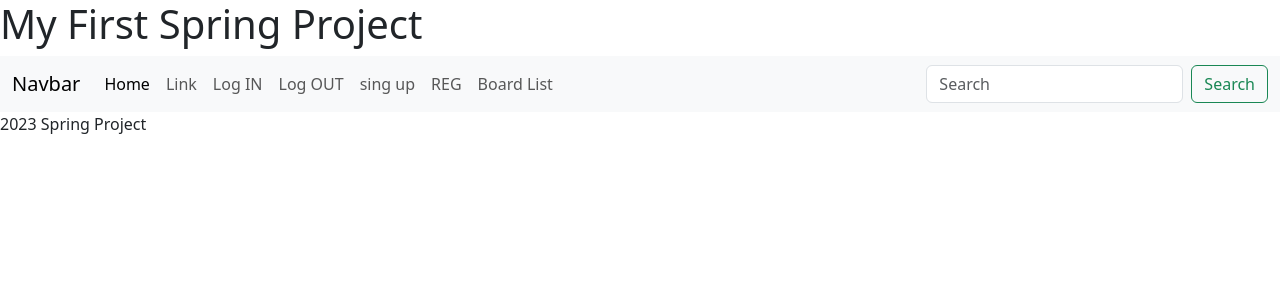
Repository: gatsby5959/_springTest
Page: http://localhost/spring-Test/WEB-INF/views/board/list.jsp
An editor plug-in stored every save of this project. The page is shown before and after the next save, followed by the edit.
The browser window is 1280 px wide. The pictures show the whole page.
The page is served by Tomcat 9. Nobody is signed in. The template is opened directly, without the code that normally fills it, so the values that code supplies are empty.

Above is the page before, as saved 2023-10-05 08:47:25.

After the next save:
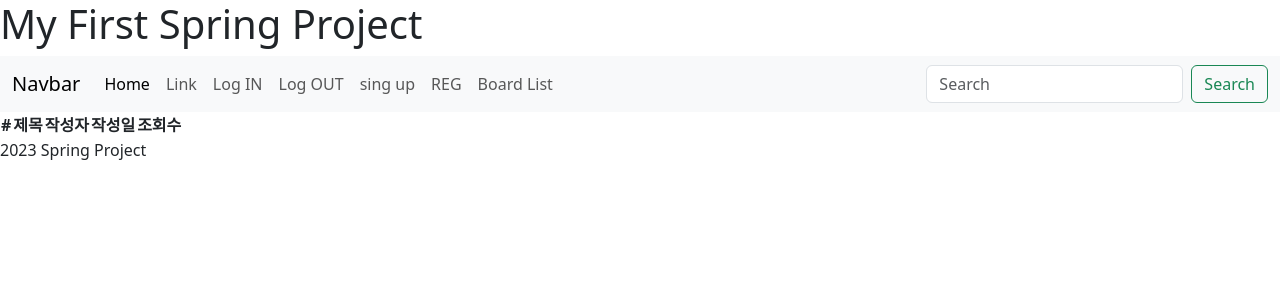
Saved 2 min 7 s later.
--- a/spring-Test/src/main/webapp/WEB-INF/views/board/list.jsp
+++ b/spring-Test/src/main/webapp/WEB-INF/views/board/list.jsp
@@ -11,7 +11,20 @@
 <jsp:include page="../layout/header.jsp"></jsp:include>
 
 
+<table>
+<thead>
+<tr>
+	<th>#</th>
+	<th>제목</th>
+	<th>작성자</th>
+	<th>작성일</th>
+	<th>조회수</th>
+</tr>
+</thead>
+<tbody>
 
+</tbody>
+</table>
 
 
 <jsp:include page="../layout/footer.jsp"></jsp:include>
